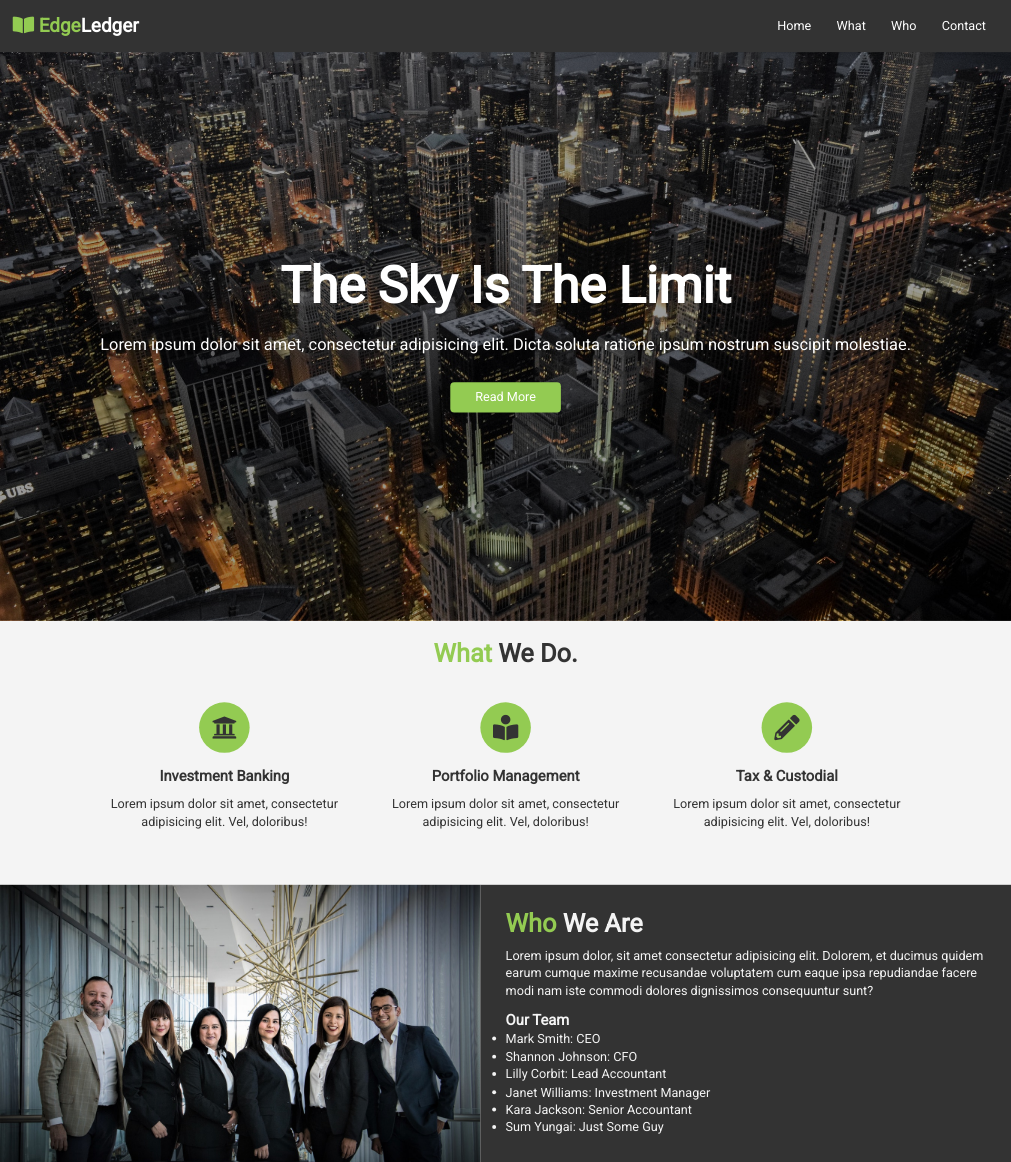
Repository: dimlutine/EdgeLedger
Page: index.html
The author's editor kept a copy of each file at every save. The page is drawn from the files as they stood at one save, then again after the next save.
The browser window is 1280 px wide. The pictures show the whole page, at 79% of full size.
Some web libraries are served in a nearby version.

Above is the page before, as saved 2019-07-06 20:37:39.

After the next save:
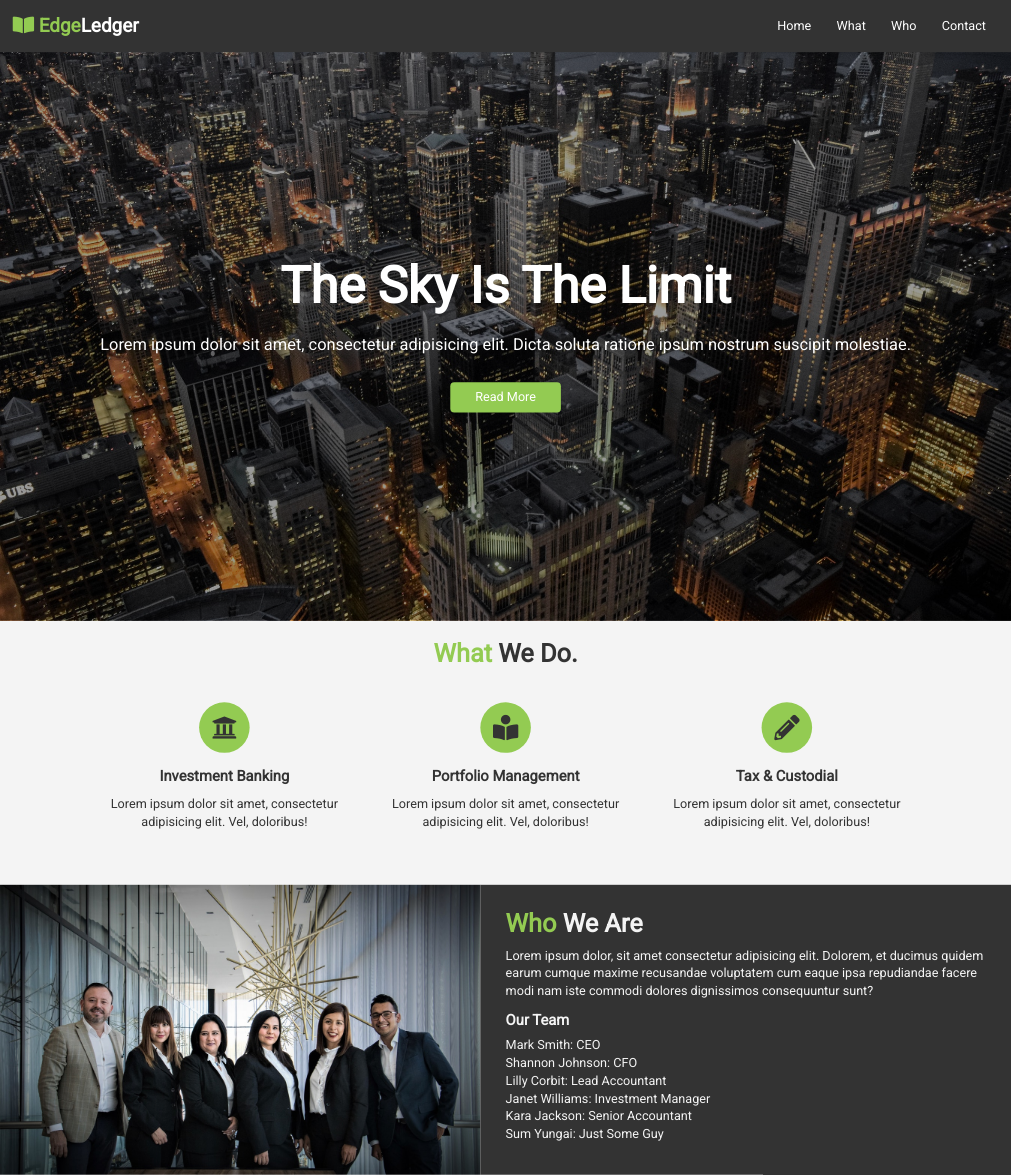
Saved 51 s later.
--- a/css/style.css
+++ b/css/style.css
@@ -84,6 +84,11 @@
 
 .p-3 {
     padding: 3rem;
+}
+
+.list {
+    margin: .5rem 0;
+    list-style: none;
 }
 
 .btn {
